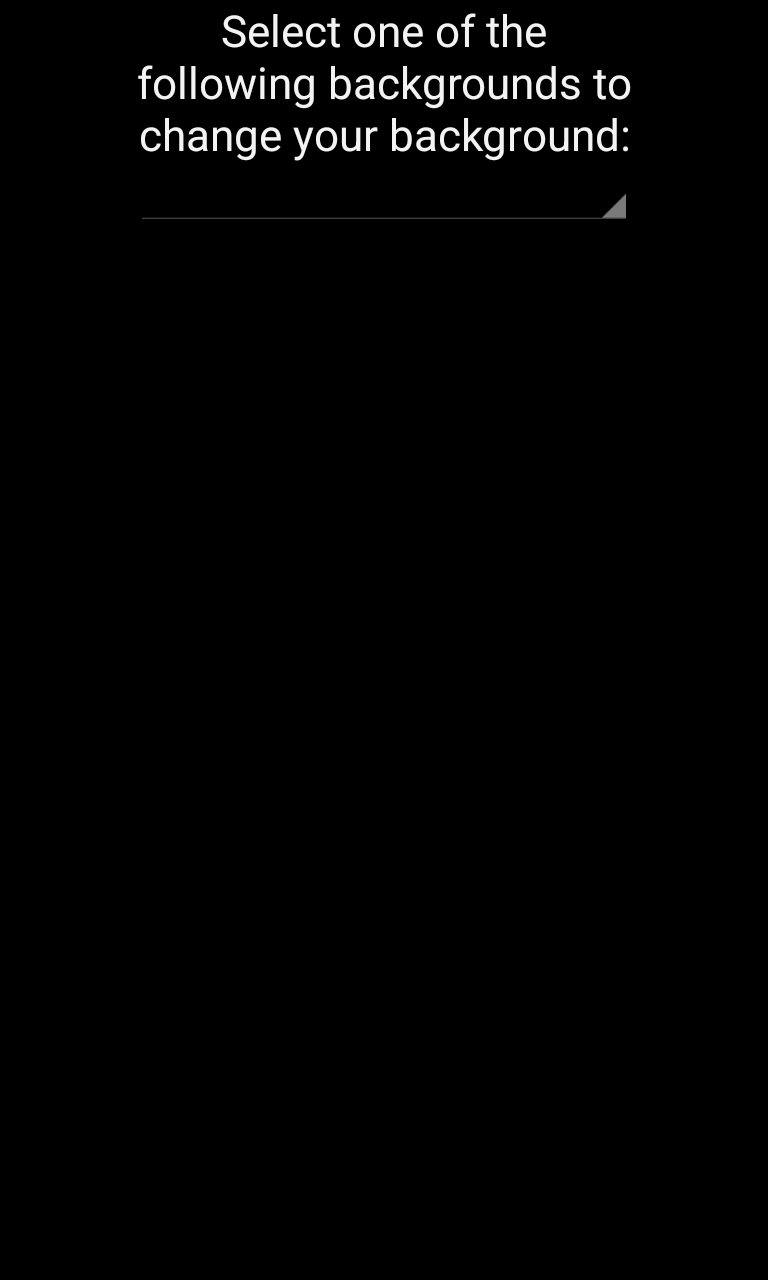
Repository: laurenelder/Java2_Elder
Layout: MovieLookup/res/layout/settings_dialog.xml
The author's editor kept a copy of each file at every save. The layout is drawn from the files as they stood at one save, then again after the next save.
It is drawn on a 768 x 1280 px phone screen (xhdpi) without system bars, with theme android:Theme.Holo; the app's code is not run.

Above is the layout before, as saved 2014-07-31 14:04:27.

### MovieLookup/res/layout/settings_dialog.xml
<?xml version="1.0" encoding="utf-8"?>
<LinearLayout xmlns:android="http://schemas.android.com/apk/res/android"
    android:layout_width="match_parent"
    android:layout_height="match_parent"
    android:orientation="vertical" >

    <TextView
        android:id="@+id/settingsText"
        android:layout_width="250dp"
        android:layout_height="wrap_content"
        android:layout_gravity="center"
        android:gravity="center"
        android:textAppearance="?android:attr/textAppearanceLarge"
        android:text="@string/settings_dialog_text" />

	<Spinner
	    android:id="@+id/settingsSpinner"
	    android:layout_width="250dp"
	    android:layout_height="wrap_content"
	    android:layout_gravity="center"/>

</LinearLayout>

### MovieLookup/res/values/strings.xml
<?xml version="1.0" encoding="utf-8"?>

<!-- MovieLookup -->
<!-- com.laurenelder.movielookup -->
<!-- Devin "Lauren" Elder -->
<!-- Jul 17, 2014 -->
<!-- Java 2 Term 1407 -->

<resources>

    <string name="app_name">Movie Lookup</string>
    <string name="hello_world">Hello world!</string>
    <string name="action_settings">Settings</string>
    <string name="action_favorites">Favorites</string>
    <string name="action_search">Search</string>
    <string name="title_text">Search to find all the information on your favorite movies!</string>
    <string name="button_text">Find!</string>
    <string name="search_hint">Star Trek</string>
    <string name="search_dialog_text">Search by movie year:</string>
    <string name="search_dialog_hint">Enter a 4 digit year</string>
    <string name="settings_dialog_text">Select one of the following backgrounds to change your background:</string>
    <string name="main_api">http://www.omdbapi.com/?s=Star%20Trek_r=JSON</string>
    <string name="pre_detail_api">http://www.omdbapi.com/?i=</string>
    <string name="post_detail_api">_r=JSON</string>
    <string name="input_notification">Please enter a movie you would like to search for.</string>
    <string name="connection_notification">Connection Error: Please check to make sure you have an internet connection.</string>
    <string name="searching_notification">We are searching for your movie</string>
    <string name="details_notification">We are finding the details for your movie</string>
    <string name="file_name">apiJSONdata.txt</string>
    <string name="detail_file_name">.txt</string>
    <string name="n_a">Not Applicable</string>
    <string name="year_str">Year:</string>
    <string name="rated_str">Rated:</string>
    <string name="released_str">Date Released:</string>
    <string name="runtime_str">Runtime:</string>
    <string name="genre_str">Genre:</string>
    <string name="director_str">Director:</string>
    <string name="actor_str">Actors:</string>
    <string name="awards_str">Awards:</string>
    <string name="score_str">Metacritic Score:</string>
    <string name="image_hint">(Click Image for Larger Image)</string>
    <string name="image_desciption">Movie Poster</string>
    <string name="alert_title">Favorite Notification</string>
    <string name="alert_favMovie"> is now a favorite</string>
    <string name="alert_notFavMovie"> is not a favorite</string>
    <string name="alert_favRating">Rating Bar returned:</string>

</resources>

After the next save:
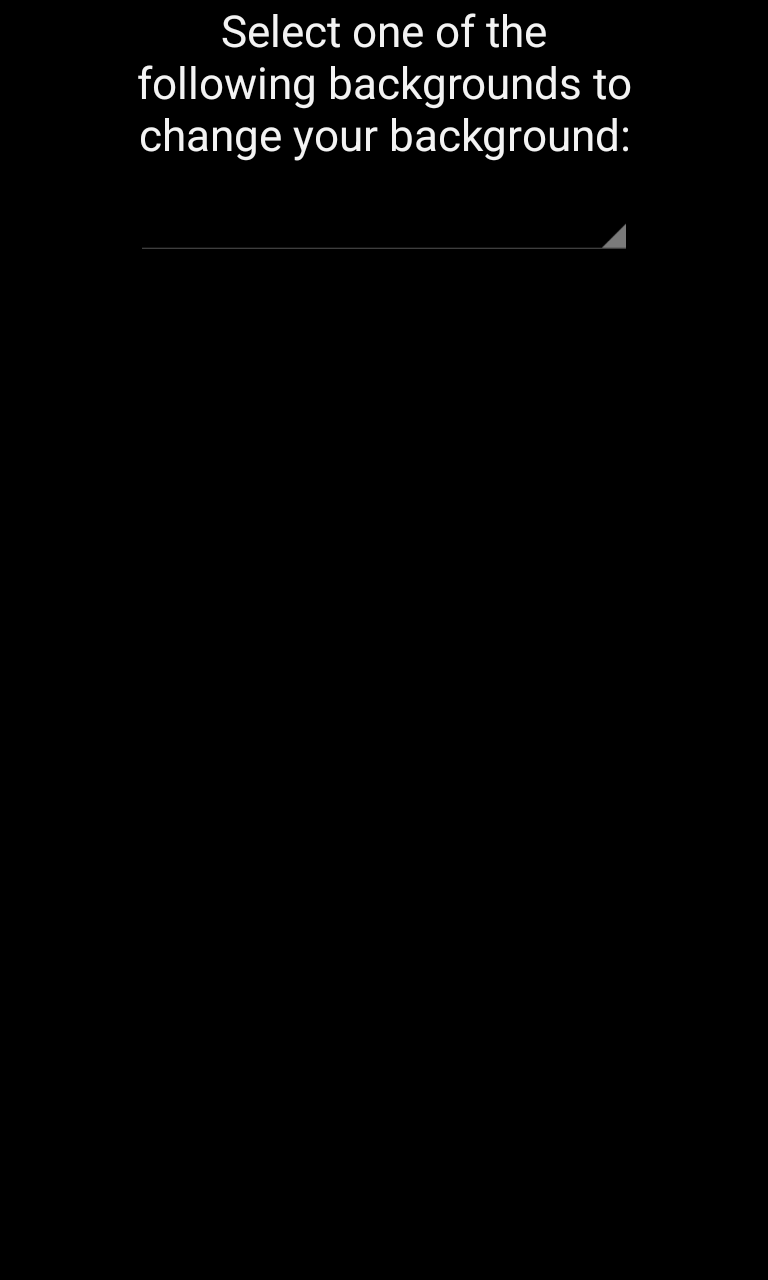
Saved 62 s later.
--- a/MovieLookup/res/layout/settings_dialog.xml
+++ b/MovieLookup/res/layout/settings_dialog.xml
@@ -17,6 +17,7 @@
 	    android:id="@+id/settingsSpinner"
 	    android:layout_width="250dp"
 	    android:layout_height="wrap_content"
+	    android:layout_marginTop="15dp"
 	    android:layout_gravity="center"/>
 
 </LinearLayout>
